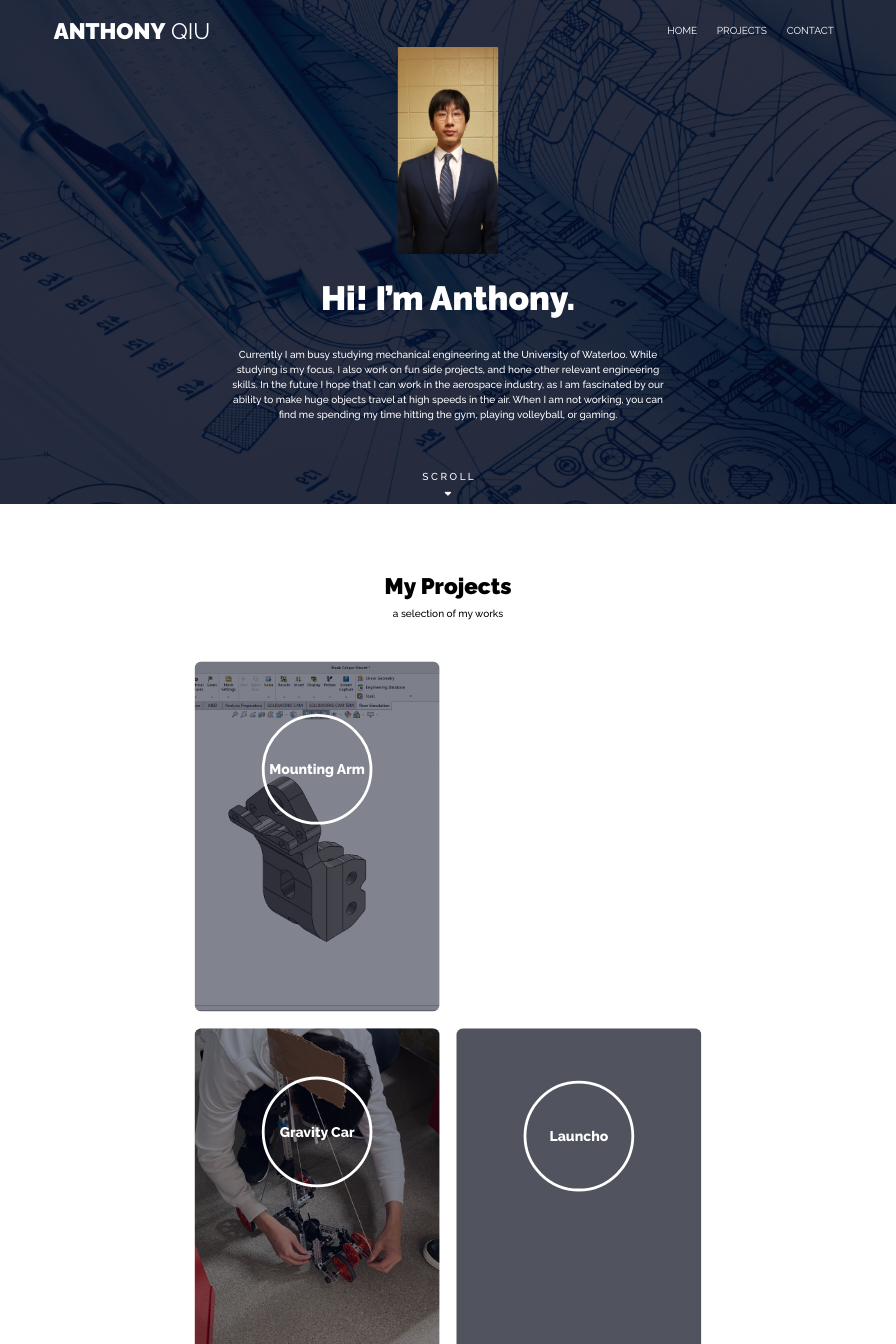
Repository: 7UM1N/anthonyq.github.io
Page: index.html
An editor plug-in stored every save of this project. The page is shown before and after the next save, followed by the edit.
The browser window is 1280 px wide. The pictures show the part of the page from y = 0 to 1920 px (the page is 3321 px tall), at 70% of full size.
Pictures or frames that could not be fetched are drawn as grey boxes.

Above is the page before, as saved 2023-03-10 19:12:31.

### index.html
<!DOCTYPE html>
<html lang="en">
    <head>
        <!-- Google tag (gtag.js) -->
        <script async src="https://www.googletagmanager.com/gtag/js?id=G-XFJFSFPP7C"></script>
        <script>
            window.dataLayer = window.dataLayer || [];
            function gtag(){dataLayer.push(arguments);}
            gtag('js', new Date());
            gtag('config', 'G-XFJFSFPP7C');
        </script>

        <meta charset="UTF-8">
        <meta name="viewport" content="width=device-width, initial-scale=1.0">
        <title>Anthony Qiu</title>
        <link rel="icon" type="image/jpg" href="/img/favicon.ico"/>
        <link rel="stylesheet" href="https://cdnjs.cloudflare.com/ajax/libs/normalize/8.0.1/normalize.min.css" integrity="sha512-NhSC1YmyruXifcj/KFRWoC561YpHpc5Jtzgvbuzx5VozKpWvQ+4nXhPdFgmx8xqexRcpAglTj9sIBWINXa8x5w==" crossorigin="anonymous" referrerpolicy="no-referrer" />
        <link rel="stylesheet" href="https://cdnjs.cloudflare.com/ajax/libs/font-awesome/6.2.1/css/all.min.css" integrity="sha512-MV7K8+y+gLIBoVD59lQIYicR65iaqukzvf/nwasF0nqhPay5w/9lJmVM2hMDcnK1OnMGCdVK+iQrJ7lzPJQd1w==" crossorigin="anonymous" referrerpolicy="no-referrer" />
        <link rel="stylesheet" href="css/style.css">
        <link rel="preconnect" href="https://fonts.googleapis.com">
        <link rel="preconnect" href="https://fonts.gstatic.com" crossorigin>
        <link href="https://fonts.googleapis.com/css2?family=Raleway:ital,wght@0,100;0,200;0,300;0,400;0,500;0,600;0,700;0,800;0,900;1,100;1,200;1,300;1,400;1,500;1,600;1,700;1,800;1,900&display=swap" rel="stylesheet">
    </head>
    <body>

        <!-- header -->
        <header>
            <nav>
                <a class="logo" href="index.html">
                    <strong>ANTHONY</strong> QIU
                </a>
                <div class="nav-links" id="navLinks">
                    <ul>
                        <i class="fa-solid fa-xmark" onclick="hideMenu()"></i>
                        <li><a href="index.html" >HOME</a></li>
                        <li><a href="index.html#projects">PROJECTS</a></li>
                        <li><a href="contact.html">CONTACT</a></li>
                    </ul>
                </div>
                <i class="fa-solid fa-bars" onclick="showMenu()"></i>
            </nav>
            <div class="text-box">
                <img src="img/Anthony.jpg">
                <h1>Hi! I’m Anthony.</h1>
                <p>
                    Currently I am busy studying mechanical engineering at the University of Waterloo. While studying is my focus,
                    I also work on fun side projects, and hone other relevant engineering skills. In the future I hope that I can
                    work in the aerospace industry, as I am fascinated by our ability to make huge objects travel at high speeds in the air.
                    When I am not working, you can find me spending my time hitting the gym, playing volleyball, or gaming.
                </p>
                <!--<a href="Resume.pdf" class="hero-btn"><strong>check out my resume</strong></a>-->
            </div>
            <div class="scroll">
                <p>S C R O L L<br><i class="fa-solid fa-sort-down"></i></p>
            </div>
        </header>

        <!-- projects -->
        <section class="projects" id="projects">
            <h2>My Projects</h2>
            <p>a selection of my works</p>
            <div class="portfolio">
                <!--<a href="">
                    <div class="portfolio-item nerfv2">
                        <h3>Nerf V2</h3>
                        <p>coming soon...</p>
                    </div>
                </a>-->
                <a href="portfolio-item-break-caliper-arm.html">
                    <div class="portfolio-item break-caliper-arm">
                        <h3>Mounting Arm</h3>
                        <p>break caliper mounting arm</p>
                    </div>
                </a>
                <a href="portfolio-item-centrifugal-pump.html">
                    <div class="portfolio-item centrifugal-pump">
                        <h3>Impeller</h3>
                        <p>centrifugal-pump for robotic suction arm</p>
                    </div>
                </a>
                <a href="portfolio-item-gravity-car.html">
                    <div class="portfolio-item gravity-car">
                        <h3>Gravity Car</h3>
                        <p>a makeshift vehicle which operates solely on gravitational energy</p>
                    </div>
                </a>
                <a href="portfolio-item-launcho.html">
                    <div class="portfolio-item launcho">
                        <h3>Launcho</h3>
                        <p>spring powered toy rocket</p>
                    </div>
                </a>
                <a href="portfolio-item-four-cylinder-engine.html">
                    <div class="portfolio-item four-cylinder-engine">
                        <h3>Four Cylinder Engine</h3>
                        <p>a 3D model for a 4 cylinder engine</p>
                    </div>
                </a>
                <a href="portfolio-item-codebreaker.html">
                    <div class="portfolio-item codebreaker">
                        <h3>Codebreaker</h3>
                        <p>the game "Mastermind" coded in java</p>
                    </div>
                </a>
                <a href="portfolio-item-saitama.html">
                    <div class="portfolio-item saitama">
                        <h3>Saitama</h3>
                        <p>a discord bot</p>
                    </div>
                </a>
                <a href="portfolio-item-this-website.html">
                    <div class="portfolio-item this-website">
                        <h3>This Website</h3>
                        <p>created with  <i class="fa-regular fa-heart"></i></p>
                    </div>
                </a>
            </div>
        </section>

        <!-- footer -->
        <footer class="footer">
            <a href="mailto:anthony.bo.qiu@gmail.com" class="email">anthony.bo.qiu@gmail.com</a>
            <ul class="socials">
                <li class="socials-item">
                    <a class="social-item-link" href="https://www.linkedin.com/in/anthonyboqiu">
                        <i class="fa-brands fa-linkedin"></i>
                    </a>
                </li>
                <li class="socials-item">
                    <a class="social-item-link" href="https://github.com/anthonyqiu">
                        <i class="fa-brands fa-github"></i>
                    </a>
                </li>
            </ul>
            <P class="love">made with <i class="fa-regular fa-heart"></i> by Anthony</p>
        </footer>

        <!-- javascript-->
        <script src="js/index.js"></script>
    </body>
</html>

### css/style.css
/*custom properties*/
:root {
    --ff-primary: 'Raleway', sans-serif;
    --ff-secondary: 'Raleway', sans-serif;

    --fw-reg: 500;
    --fw-bold: 850;

    --clr-light: #fff;
    --clr-dark: #000000;
    --clr-accent: #e281ff;

    --fs-h1: 3rem;
    --fs-h2: 2rem;
    --fs-h3: 1.25rem;
    --fs-h4: 1.05rem;
    --fs-body: 0.9rem;

    --bs: 0.25em 0.25em 0.75em rgba(0, 0, 0, .25), 0.125em 0.125em 0.25em rgba(0, 0, 0, .15);
}

* {
    margin: 0;
    padding: 0;
    font-family: var(--ff-primary);
}

/* typography */
h1,
h2,
h3 {
    line-height: 1.1;
}

h1, h2, h3, h4 {
    font-weight: var(--fw-bold);
}

h1 {font-size: var(--fs-h1)}
h2 {font-size: var(--fs-h2)}
h3 {
    font-size: var(--fs-h3);
    font-weight: 800;
}
h4 {
    font-size: var(--fs-h4);
}

p {
    font-size: var(--fs-body);
    font-weight: var(--fw-reg);
    line-height: 150%;
    padding: 10px;
}

a:link {
    text-decoration: none;
}

a:visited {
    text-decoration: none;
}

a:hover {
    text-decoration: none;
}

a:active {
    text-decoration: none;
}

strong {font-weight: var(--fw-bold);}

/*header*/
header {
    min-height: 100vh;
    width: 100%;
    background-image: linear-gradient(rgba(4, 9, 30, 0.85), rgba(4, 9, 30, 0.85)), url(../img/blueprint.jpeg);
    background-position: center;
    background-size: cover;
    position: relative;
}

header img {
    max-width: 20vh;
    border-radius: 1%;
}

nav {
    display: flex;
    padding: 2% 6%;
    justify-content: space-between;
    align-items: center;
}

.logo {
    color: var(--clr-light);
    text-decoration: none;
    font-size: var(--fs-h2);
}

.nav-links {
    flex: 1;
    text-align: right;
}

.nav-links ul li {
    list-style: none;
    display: inline-block;
    padding: 8px 12px;
    position: relative;
}

.nav-links ul li a {
    color: var(--clr-light);
    text-decoration: none;
    font-size: var(--fs-body);
}

.nav-links ul li::after {
    content: '';
    width: 0%;
    height: 2px;
    background: var(--clr-light);
    display: block;
    margin: auto;
    transition: 0.5s;
}

.nav-links ul li:hover::after {
    width: 100%;
}

.text-box {
    width: 50%;
    color: var(--clr-light);
    position: absolute;
    top: 50%;
    left: 50%;
    transform: translate(-50%, -50%);
    text-align: center;
}

.text-box p {
    margin: 10px 0 40px;
    color: var(--clr-light);
}

.hero-btn {
    color: var(--clr-light);
    border: 1px solid var(--clr-light);
    display: inline-block;
    text-decoration: none;
    padding: 12px 34px;
    font-size: var(--fs-body);
    background: transparent;
    position: relative;
    cursor: pointer;
    margin-top: 20px;;
}

.hero-btn:hover {
    background: var(--clr-light);
    color: var(--clr-dark);
    transition: 1s;
}

.inverse-btn {
    color: var(--clr-dark);
    border: 1px solid var(--clr-dark);
}

.inverse-btn:hover {
    color: var(--clr-light);
    background: var(--clr-dark);
}

nav .fa-solid {
    display: none;
}

.scroll {
    color: var(--clr-light);
    text-align: center;
    position: absolute;
    top: 96%;
    left: 50%;
    transform: translate(-50%, -50%);
}

/*projects*/

.projects {
    width: 80%;
    margin: auto;
    text-align: center;
    padding-top: 100px;
    padding-bottom: 100px;
}

.projects p {
    color: var(--clr-dark);
}

.projects img {
    width: 12rem;
    height: 18rem;
    border-radius: 10px;
}

.portfolio {
    display: flex;
    flex-wrap: wrap;
    gap: 1.5rem;

    margin: auto;
    align-items: center;
    justify-content: center;
    margin-top: 3rem;
}

.portfolio-item {
    background-position: center;
    background-size: cover;
    position: relative;

    color: var(--clr-light);
    width: 350px;
    height: 500px;
    flex-shrink: 0;
    border-radius: 10px;
    box-sizing: border-box;
    transition: 0.5s;

    display: flex;
    justify-content: center;
    align-items: center;
    flex-direction: column;
}

.portfolio-item h3 {
    color: var(--clr-light);
    width: 150px;
    height: 150px;
    border-style: solid;
    border-width: 0.3rem;
    border-color: var(--clr-light);
    border-radius: 50%;

    position: relative;
    display: flex;
    justify-content: center;
    align-items: center;
    margin: auto;
}

.portfolio-item p {
    color: var(--clr-light);

    display: flex;
    justify-content: center;
    align-items: center;
    margin: auto;
    opacity: 0%;
    transition: 1s;
}

.break-caliper-arm {
    background-image: linear-gradient(rgba(4, 9, 30, 0.5), rgba(4, 9, 30, 0.5)), url(../img/break-caliper-arm/banner.png);
}
.impeller {
    background-image: linear-gradient(rgba(4, 9, 30, 0.5), rgba(4, 9, 30, 0.5)), url(../img/impeller/banner.png);
}
.nerfv2 {
    background-image: linear-gradient(rgba(4, 9, 30, 0.5), rgba(4, 9, 30, 0.5)), url(../img/coming-soon.webp);
}
.gravity-car {
    background-image: linear-gradient(rgba(4, 9, 30, 0.5), rgba(4, 9, 30, 0.5)), url(../img/gravity-car/banner.jpg);
}
.launcho {
    background-image: linear-gradient(rgba(4, 9, 30, 0.5), rgba(4, 9, 30, 0.5)), url(../img/launcho/launcho-card.jpg);
}
.four-cylinder-engine {
    background-image: linear-gradient(rgba(4, 9, 30, 0.5), rgba(4, 9, 30, 0.5)), url(../img/four-cylinder-engine/banner.png);
}
.codebreaker {
    background-image: linear-gradient(rgba(4, 9, 30, 0.5), rgba(4, 9, 30, 0.5)), url(../img/codebreaker/codebreaker-card.jpg);
}
.saitama {
    background-image: linear-gradient(rgba(4, 9, 30, 0.5), rgba(4, 9, 30, 0.5)), url(../img/saitama/saitama-banner.webp);
}
.this-website {
    background-image: linear-gradient(rgba(4, 9, 30, 0.5), rgba(4, 9, 30, 0.5)), url(../img/this-website/this-website-card.jpeg);
}

.portfolio-item h3 {
    vertical-align: middle;
}
.portfolio-item:hover {
    box-shadow: 0 0 20px 0px rgba(0, 0, 0, 0.80);
    filter: brightness(90%);
}

.portfolio-item:hover p {
    opacity: 100%;
}

.portfolio-item-text {
    position: absolute;
    top: 0;
}

/* footer */
.footer {
    background: var(--clr-dark);
    color: var(--clr-light);
    text-align: center;
    padding: 2.5em 0;
    font-size: var(--fs-h3);
    font-family: var(--ff-secondary);
}

.footer a {
    color: inherit;
    text-decoration: none;
}

.email {
    font-weight: var(--fw-bold);
    font-size: 11px;
}

.email:hover,
.social-item-link:hover {
    transform: scale(2);
    opacity: .5;
}

.email,
.social-item-link {
    transition:
        transform 750ms cubic-bezier(.5, 0, .5, 1),
        opacity 250ms linear;
}

.socials {
    list-style: none;
    display: flex;
    justify-content: center;
    margin: 0.25em 0 0;
    padding: 0;
}

.socials-item {
    margin: - .5em;
}

.socials-item {
    padding: .5em;
}

.love {
    font-size: 9px;
}

.fa-heart {
    color: var(--clr-accent);
}

/* sub header */
.sub-header {
    height: 100vh;
    width: 100%;
    background-image: linear-gradient(rgba(4, 9, 30, 0.7), rgba(4, 9, 30, 0.7)), url(../img/launcho/launcho-card.jpg);
    background-position: center;
    background-size: cover;
    text-align: center;
    margin: auto;
    position: relative;
}

.sub-header-contact {background-image: linear-gradient(rgba(4, 9, 30, 0.85), rgba(4, 9, 30, 0.85)), url(../img/blueprint.jpeg);}
.sub-header-break-caliper-arm {background-image: linear-gradient(rgba(4, 9, 30, 0.7), rgba(4, 9, 30, 0.7)), url(../img/break-caliper-arm/banner.png);}
.sub-header-impeller {background-image: linear-gradient(rgba(4, 9, 30, 0.7), rgba(4, 9, 30, 0.7)), url(../img/impeller/banner.png);}
.sub-header-nerfv2 {background-image: linear-gradient(rgba(4, 9, 30, 0.7), rgba(4, 9, 30, 0.7)), url(../img/coming-soon.webp);}
.sub-header-gravity-car {background-image: linear-gradient(rgba(4, 9, 30, 0.7), rgba(4, 9, 30, 0.7)), url(../img/gravity-car/banner.jpg);}
.sub-header-launcho {background-image: linear-gradient(rgba(4, 9, 30, 0.7), rgba(4, 9, 30, 0.7)), url(../img/launcho/launcho-card.jpg);}
.sub-header-four-cylinder-engine {background-image: linear-gradient(rgba(4, 9, 30, 0.7), rgba(4, 9, 30, 0.7)), url(../img/four-cylinder-engine/banner.png);}
.sub-header-codebreaker {background-image: linear-gradient(rgba(4, 9, 30, 0.7), rgba(4, 9, 30, 0.7)), url(../img/codebreaker/codebreaker-banner.jpg);}
.sub-header-saitama {background-image: linear-gradient(rgba(4, 9, 30, 0.7), rgba(4, 9, 30, 0.7)), url(../img/saitama/saitama-banner.webp);}
.sub-header-this-website {background-image: linear-gradient(rgba(4, 9, 30, 0.7), rgba(4, 9, 30, 0.7)), url(../img/this-website/this-website-card.jpeg);}

.sub-header .text-box {
    border-style: solid;
    border-width: 0.25rem;
    border-color: var(--clr-light);
}

.portfolio-item-section {
    text-align: center;
    padding-top: 100px;
    padding-bottom: 100px;
    width: 40%;

    position: relative;
    display: flex;
    justify-content: center;
    align-items: center;
    margin: auto;
    flex-direction: column;
}

.portfolio-item-section p {
    color: var(--clr-dark);
}

.portfolio-item-section img {
    max-width: 90%;
    max-height: 50vh;
    padding: 2rem;
}

.portfolio-item-section h2,
.portfolio-item-section h3 {
    margin-top: 1rem;
}

.contact {
    padding: 50px;
    width: 40%;
    margin: auto;
    text-align: center;
}

.contact input,
.contact textarea {
    width: 100%;
    padding: 15px;
    margin-bottom: 17px;
    outline: none;
    border: 1px solid var(--clr-dark);
    box-sizing: border-box;
}

/*smaller screens*/
@media(max-width: 800px) {
    .nav-links ul li {
        display: block;
    }

    .nav-links {
        position: fixed;
        background: var(--clr-dark);
        height: 100vh;
        width: 200px;
        top: 0;
        right: -200px;
        text-align: left;
        z-index: 2;
        transition: 1s;
    }

    nav .fa-solid {
        display: block;
        color: var(--clr-light);
        margin: 10px;
        font-size: var(--fs-h3);
        cursor: pointer;
    }

    .text-box {
        width: 90%;
    }

    header img {
        max-width: 10vh;
        border-radius: 3%;
    }

    .portfolio-item-section {
        width: 90%;
    }

    .contact {
        width: 70%;
    }
}

### js/index.js
//toggle menu
var navLinks = document.getElementById("navLinks");

function showMenu(){
    navLinks.style.right = "0";
}

function hideMenu(){
    navLinks.style.right = "-200px";
}

After the next save:
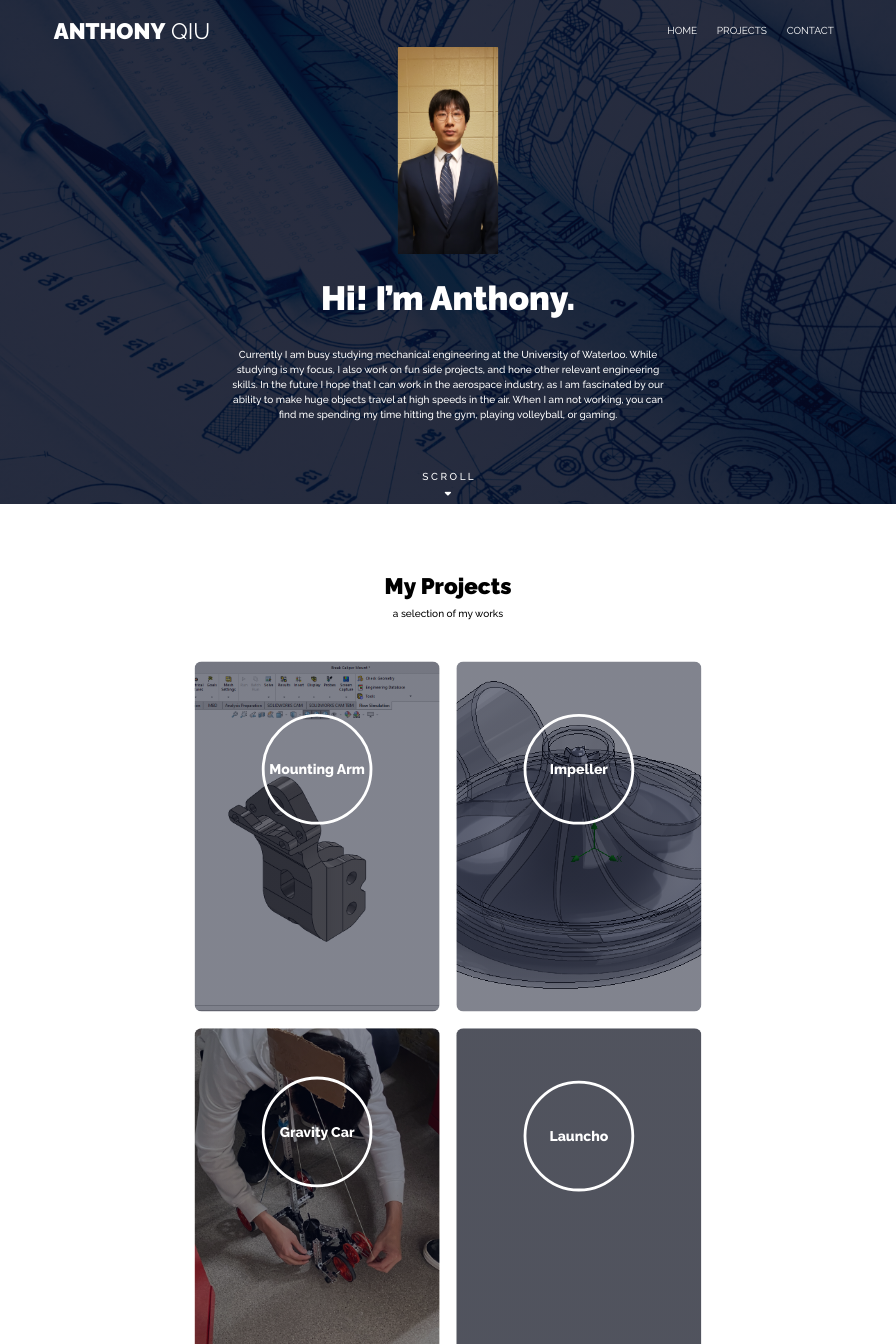
Saved 3 s later.
--- a/css/style.css
+++ b/css/style.css
@@ -268,8 +268,8 @@
 .break-caliper-arm {
     background-image: linear-gradient(rgba(4, 9, 30, 0.5), rgba(4, 9, 30, 0.5)), url(../img/break-caliper-arm/banner.png);
 }
-.impeller {
-    background-image: linear-gradient(rgba(4, 9, 30, 0.5), rgba(4, 9, 30, 0.5)), url(../img/impeller/banner.png);
+.centrifugal-pump {
+    background-image: linear-gradient(rgba(4, 9, 30, 0.5), rgba(4, 9, 30, 0.5)), url(../img/centrifugal-pump/banner.png);
 }
 .nerfv2 {
     background-image: linear-gradient(rgba(4, 9, 30, 0.5), rgba(4, 9, 30, 0.5)), url(../img/coming-soon.webp);
@@ -381,7 +381,7 @@
 
 .sub-header-contact {background-image: linear-gradient(rgba(4, 9, 30, 0.85), rgba(4, 9, 30, 0.85)), url(../img/blueprint.jpeg);}
 .sub-header-break-caliper-arm {background-image: linear-gradient(rgba(4, 9, 30, 0.7), rgba(4, 9, 30, 0.7)), url(../img/break-caliper-arm/banner.png);}
-.sub-header-impeller {background-image: linear-gradient(rgba(4, 9, 30, 0.7), rgba(4, 9, 30, 0.7)), url(../img/impeller/banner.png);}
+.sub-header-centrifugal-pump {background-image: linear-gradient(rgba(4, 9, 30, 0.7), rgba(4, 9, 30, 0.7)), url(../img/centrifugal-pump/banner.png);}
 .sub-header-nerfv2 {background-image: linear-gradient(rgba(4, 9, 30, 0.7), rgba(4, 9, 30, 0.7)), url(../img/coming-soon.webp);}
 .sub-header-gravity-car {background-image: linear-gradient(rgba(4, 9, 30, 0.7), rgba(4, 9, 30, 0.7)), url(../img/gravity-car/banner.jpg);}
 .sub-header-launcho {background-image: linear-gradient(rgba(4, 9, 30, 0.7), rgba(4, 9, 30, 0.7)), url(../img/launcho/launcho-card.jpg);}
